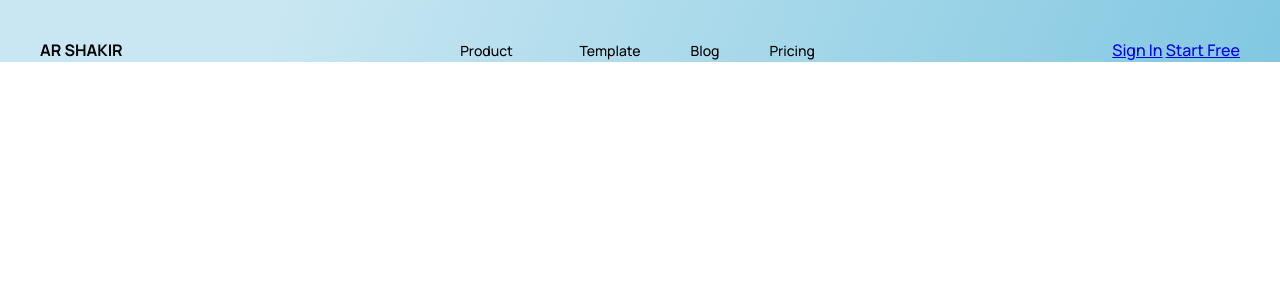
Repository: duongdori/ARShakir
Page: index.html
These files come from the project's save history. The page is drawn as it stood at one moment and after the next save; the edit follows.
The browser window is 1280 px wide. The pictures show the whole page.

Above is the page before, as saved 2022-04-01 22:19:12.

After the next save:
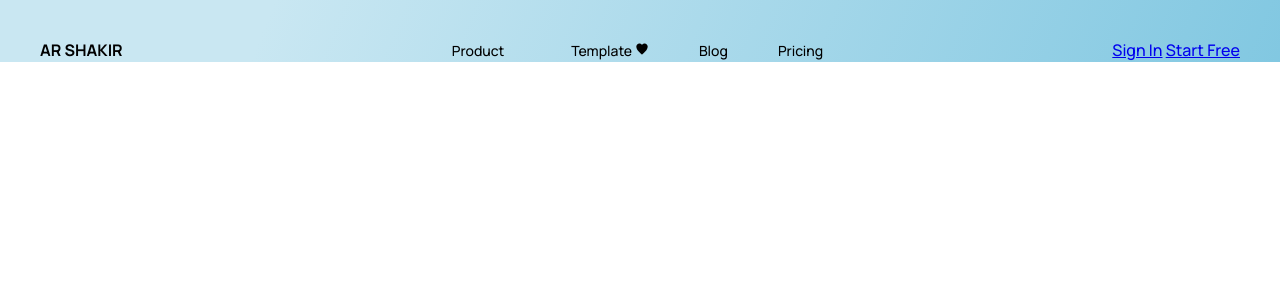
Saved 45 s later.
--- a/index.html
+++ b/index.html
@@ -24,6 +24,7 @@
                         </li>
                         <li class="header-menu-item">
                             <a href="#" class="header-menu-item-link">Template</a>
+                            <ion-icon name="ios-heart"></ion-icon>
                         </li>
                         <li class="header-menu-item">
                             <a href="#" class="header-menu-item-link">Blog</a>
